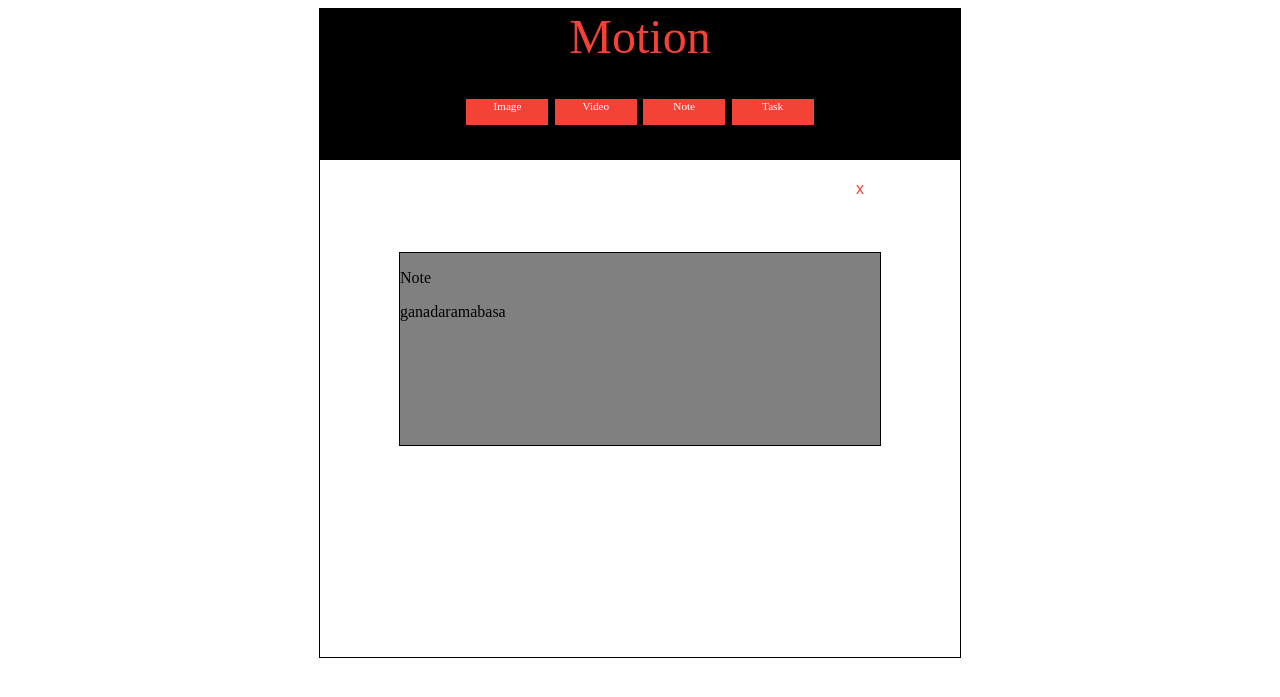
Repository: DevMinwoo-Jung/typescript
Page: motion/index.html
An editor plug-in stored every save of this project. The page is shown before and after the next save, followed by the edit.
The browser window is 1280 px wide. The pictures show the whole page.

Above is the page before, as saved 2021-10-12 14:49:40.

After the next save:
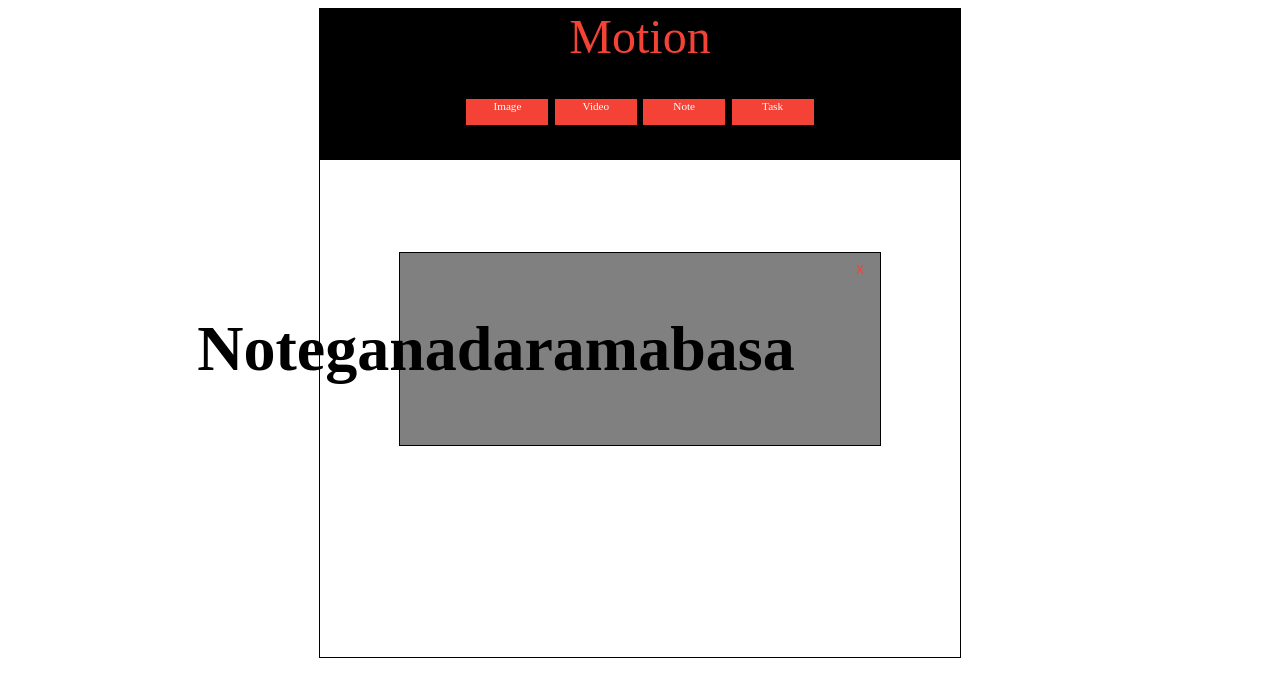
Saved 42 s later.
--- a/motion/index.module.css
+++ b/motion/index.module.css
@@ -91,6 +91,14 @@
 
 .noteText__div {
   display: block;
+  width: 40%;
+  height: 100%;
+  text-align: center;
+  display: flex;
+  justify-content: center;
+  align-items: center;
+  font-size: 4rem;
+  font-weight: bold;
 }
 
 /* add section */
